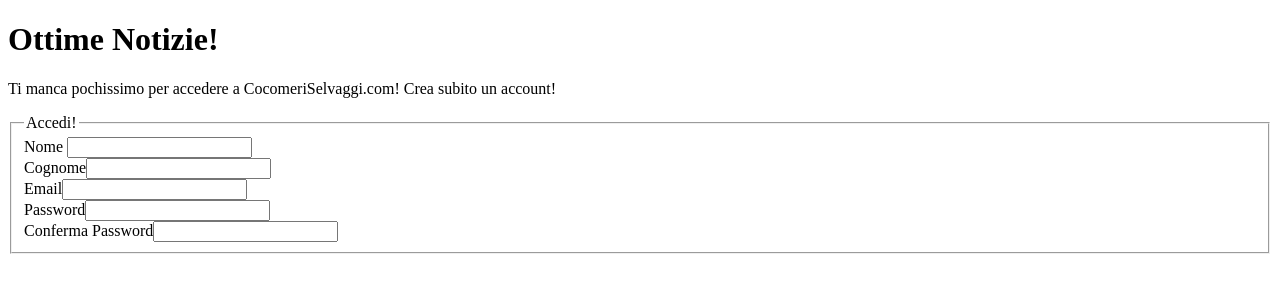
Repository: inkeaton/samarkanda
Page: Codice/Unige/Anno 3/SAW/es2/form.html
The author's editor kept a copy of each file at every save. The page is drawn from the files as they stood at one save, then again after the next save.
The browser window is 1280 px wide. The pictures show the whole page.

Above is the page before, as saved 2023-10-01 15:10:21.

After the next save:
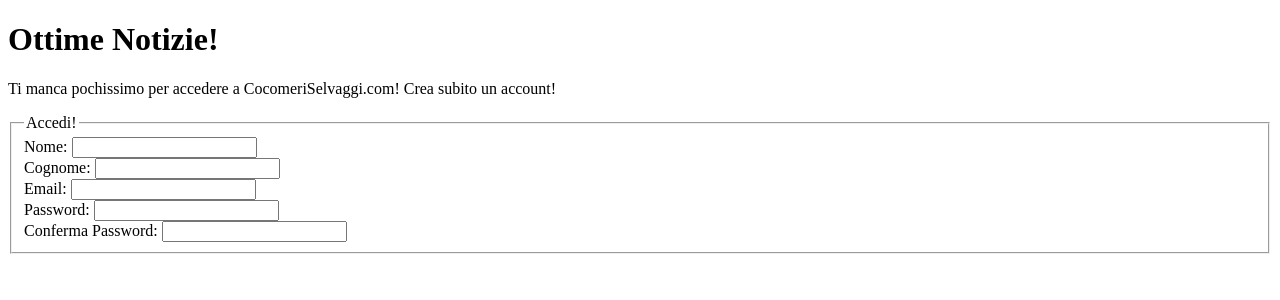
Saved 2 min 34 s later.
--- a/Codice/Unige/Anno 3/SAW/es2/form.html
+++ b/Codice/Unige/Anno 3/SAW/es2/form.html
@@ -14,15 +14,21 @@
         <form>
             <fieldset>
                 <legend>Accedi!</legend>
-            Nome <input type="text" id="firstname" name="firstname"><br>
 
-            Cognome<input type="text" id="lastname" name="lastname"><br>
+                <label for="fistname">Nome: </label>
+                <input type="text" id="firstname" name="firstname"><br>
 
-            Email<input type="email" id="email" name="email"><br>
+                <label for="lastname">Cognome: </label>
+                <input type="text" id="lastname" name="lastname"><br>
 
-            Password<input type="password" id="pass" name="pass"><br>
+                <label for="email">Email: </label>
+                <input type="email" id="email" name="email"><br>
 
-            Conferma Password<input type="password" id="confirm" name="confirm"><br>
+                <label for="pass">Password: </label>
+                <input type="password" id="pass" name="pass"><br>
+
+                <label for="confirm">Conferma Password: </label>
+                <input type="password" id="confirm" name="confirm"><br>
         </fieldset>
         </form>
     </body>
